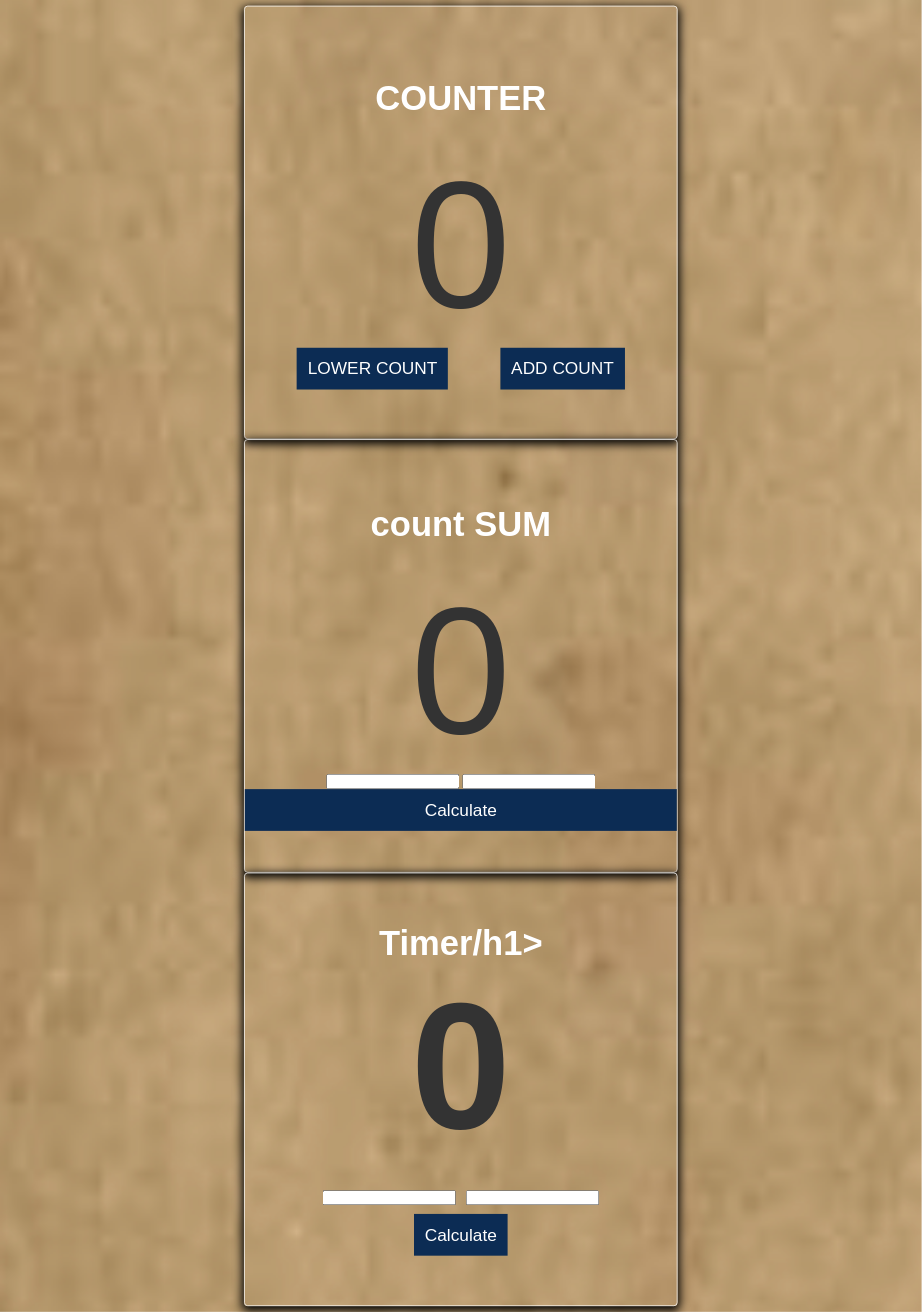
Repository: Hasmik-icml/counter
Page: index.html
These files come from the project's save history. The page is drawn as it stood at one moment and after the next save; the edit follows.
The browser window is 1280 px wide. The pictures show the whole page, at 72% of full size.

Above is the page before, as saved 2022-02-14 18:16:59.

After the next save:
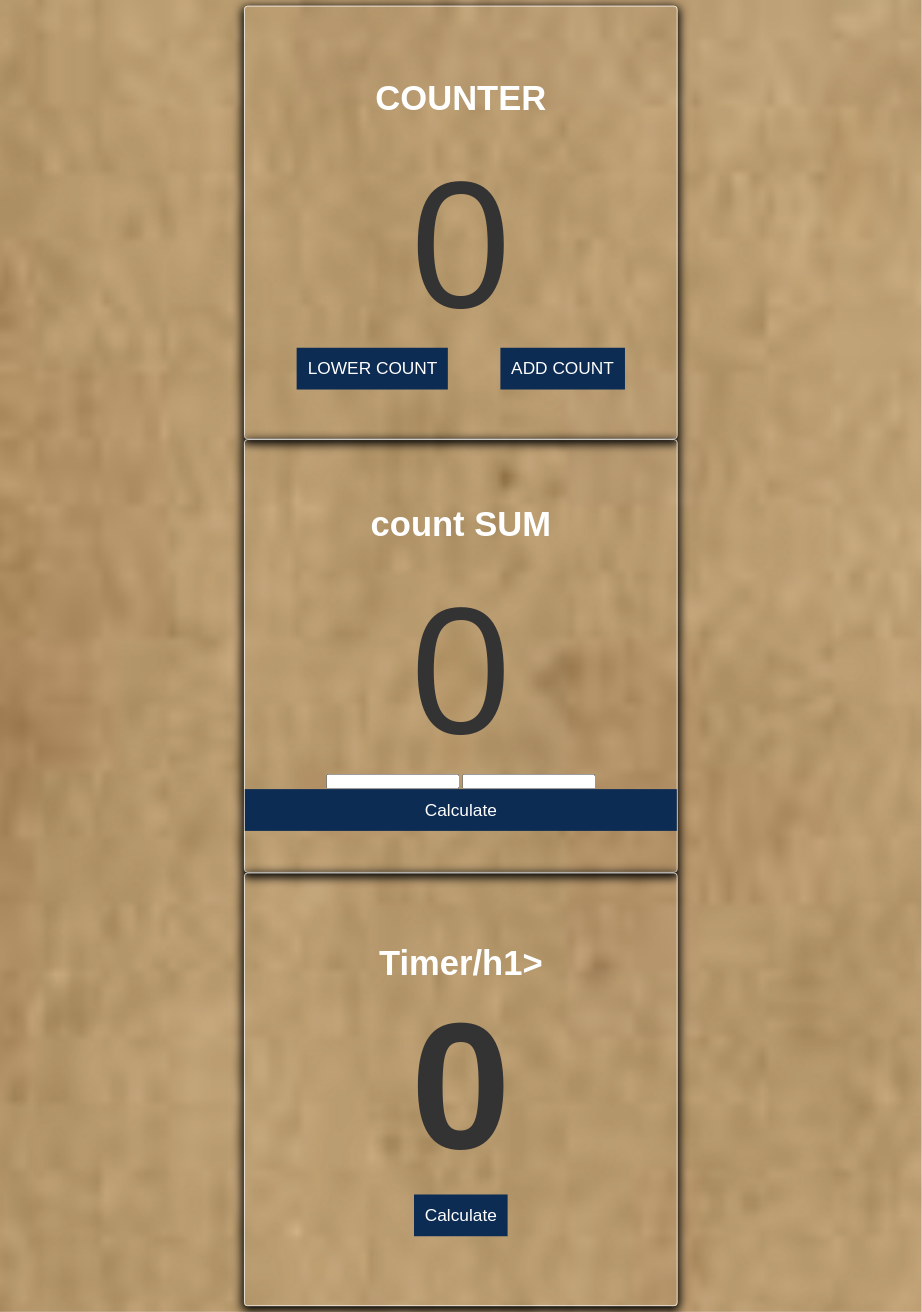
Saved 9 s later.
--- a/index.html
+++ b/index.html
@@ -33,10 +33,10 @@
     <div class="container">
         <h1 class="counterHeader">Timer/h1>
         <div class="resultTimer result">0</div>
-        <div class="inputs">
+        <!-- <div class="inputs">
             <input type="text" class="inputNumber1 input">
             <input type="text" class="inputNumber2 input">
-        </div>
+        </div> -->
         <button class="calculateNumber button">Calculate</button>
         <!--  -->
     </div>
